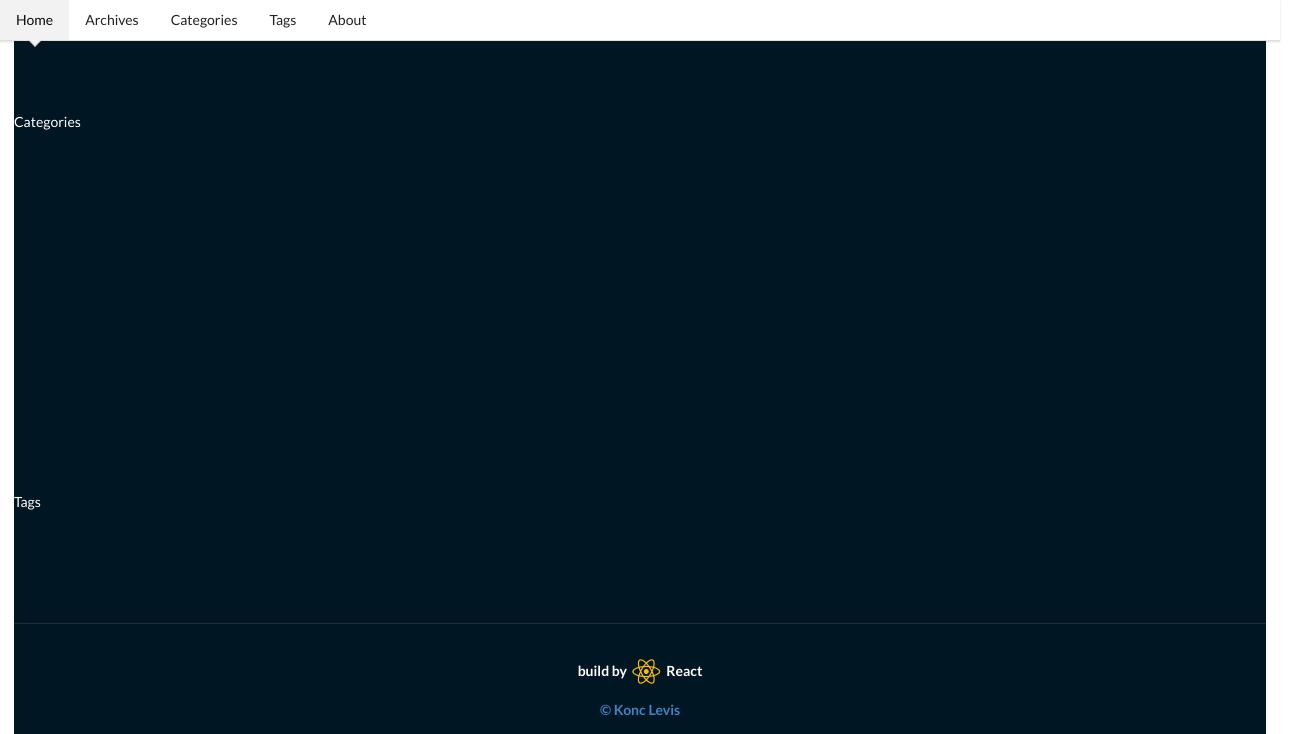
Repository: chu4j/my-spring-cloud-blog-frontend
Page: /
An editor plug-in stored every save of this project. The page is shown before and after the next save, followed by the edit.
The browser window is 1280 px wide. The page is 1280 px wide, then 1294 px, so the pictures cover 1294 px, including what lies to the right of the window. The pictures show the whole page.
The page's requests for data from a server got no answer. The project was rebuilt for these pictures with package versions that can differ from the ones it lists, and the page was loaded fresh each time. No one was signed in, and anything a server would have sent is missing. Also part of the build but not shown: src/components/Categories.jsx, src/components/FocusContent.jsx, src/css/App.css, src/components/owner/LoginForm.jsx, src/components/Tags.jsx, src/components/Timeline.jsx, src/components/TimelineHome.jsx.

Above is the page before, as saved 2021-02-24 13:10:28.

### src/index.js
import React from 'react';
import ReactDOM from 'react-dom';
import { BrowserRouter } from 'react-router-dom';
import 'semantic-ui-css/semantic.min.css';
import './css/index.css';
import BlogRouter from './router/Router';
import  'github-markdown-css';
ReactDOM.render(<
    BrowserRouter forceRefresh={true} >
    <BlogRouter />
</BrowserRouter>,
    document.getElementById('root')
);

### src/css/index.css
body {
  margin: 1em;
  -webkit-font-smoothing: antialiased;
  -moz-osx-font-smoothing: grayscale;
}

code {
  font-family: source-code-pro, Menlo, Monaco, Consolas, "Courier New",
    monospace;
}

.post-container {
  padding: 8px;
  border-radius: 2px;
}

.post-title {
  color: #011623;
}

.post-title:hover {
  color: #011623;
  text-decoration: underline;
}

/*animate*/

.posts-appear {
  opacity: 0;
}

.posts-enter {
  opacity: 1;
  transform: scale(0.95);
}

.posts-enter-active {
  opacity: 1;
  transform: translateX(0);
  transition: opacity 300ms, transform 200ms;
}

.posts-exit {
  opacity: 1;
  transform: scale(0.9);
}

.posts-exit-active {
  opacity: 0;
  transform: translateX(0);
  transition: opacity 300ms, transform 200ms;
}

.post-container pre code {
}
.common-label {
  display: inline-block;
  margin: 5px;
  padding: 2px;
  color: #011623;
  border-radius: 0;
}
.common-label:hover{
  color: #011623;
  text-decoration: underline;
}
.common-label-container {
  min-height: 280px;
}
.menu-container {
  margin-bottom: 5em;
}
.post-category {
  padding: 3px;
  background-color: #010101;
  color: white;
  display: inline-block;
  border-radius: 2px;
}
.post-category:hover {
  color: white;
  text-decoration: underline;
}
.post-tag {
  padding: 3px;
  color: #011623;
  border: 1px solid #011623;
  display: inline-block;
  border-radius: 4px;
}
.post-tag:hover {
  color: #010101;
  text-decoration: underline;
}
.my-container{
  background-color: #011623;
  color: white;
}

### src/router/Router.jsx
import { Route, Switch } from "react-router-dom";
import Categories from "../components/Categories";
import FocusPostComponent from "../components/FocusContent";
import Home from "../components/Home";
import LoginForm from "../components/owner/LoginForm";
import Tags from "../components/Tags";
import MyTimeline from "../components/Timeline";
import TimelineHome from "../components/TimelineHome";
export default function BlogRouter() {
  return (
    <Switch>
      <Route path="/" exact>
        <Home />
      </Route>
      <Route path="/owner/login" exact>
        <LoginForm />
      </Route>
      <Route path="/category/:name" exact>
        <Home />
      </Route>
      <Route path="/tag/:name" exact>
        <Home />
      </Route>
      <Route path="/posts/page/:pageNumber">
        <Home />
      </Route>
      <Route path="/category/:name/page/:pageNumber">
        <Home />
      </Route>
      <Route path="/tag/:name/page/:pageNumber">
        <Home />
      </Route>
      <Route path="/post/:postId" exact>
        <FocusPostComponent />
      </Route>
      <Route path="/categories" exact>
        <Categories />
      </Route>
      <Route path="/tags" exact>
        <Tags />
      </Route>
      <Route path="/posts/timeline" exact>
        <TimelineHome />
      </Route>
      <Route path="/posts/timeline/page/:pageNumber" exact>
        <TimelineHome />
      </Route>
    </Switch>
  );
}

### src/components/Home.jsx
import { React, useEffect, useState } from "react";
import { useParams, useRouteMatch } from "react-router-dom";
import "../css/App.css";
import { ServerHost } from "./AppConfig";
import BlogLayout from "./BlogLayout";
import CategoryComponent from "./CategoryComponent";
import ContentComponent from "./Content";
import TagComponent from "./TagComponent";
async function getArchive(path) {
  const axios = require("axios").default;
  if (null == path) {
    return axios.get(ServerHost + "/v1/api/archive").then((res) => res.data);
  } else {
    return axios.get(path).then((res) => res.data);
  }
}
function countPath(router, name, pageNumber) {
  let requestUrl = "";
  let pagePrefix = "";
  const path = router.path;
  switch (path) {
    case "/":
      requestUrl = ServerHost + "/v1/api/archive";
      pagePrefix = "/posts/page/";
      break;
    case "/category/:name":
      requestUrl = ServerHost + "/v1/api/category/" + name;
      pagePrefix = "/category/" + name + "/page/";
      break;
    case "/category/:name/page/:pageNumber":
      requestUrl =
        ServerHost + "/v1/api/category/" + name + "?page=" + pageNumber;
      pagePrefix = "/category/" + name + "/page/";
      break;
    case "/tag/:name":
      requestUrl = ServerHost + "/v1/api/tag/" + name;
      pagePrefix = "/tag/" + name + "/page/";
      break;
    case "/tag/:name/page/:pageNumber":
      requestUrl = ServerHost + "/v1/api/tag/" + name + "?page=" + pageNumber;
      pagePrefix = "/tag/" + name + "/page/";
      break;
    case "/posts/page/:pageNumber":
      requestUrl = ServerHost + "/v1/api/archive?page=" + pageNumber;
      pagePrefix = "/posts/page/";
      break;
    default:
      break;
  }
  return { requestUrl, pagePrefix };
}
export default function Home() {
  let { name, pageNumber } = useParams();
  const router = useRouteMatch();
  console.log("router:" + JSON.stringify(router) + " type:" + typeof router);
  const params = countPath(router, name, pageNumber);
  console.log("returnPath:" + params.requestUrl);
  let activePage = 1;
  if (null != pageNumber && undefined != pageNumber) activePage = pageNumber;
  const [response, setData] = useState({});
  useEffect(() => {
    getArchive(params.requestUrl).then((res) => {
      setData(res);
    });
  }, []);
  return (
    <BlogLayout
      CategoryComponent={<CategoryComponent />}
      TagComponent={<TagComponent />}
      ContentComponent={
        <ContentComponent
          response={response}
          activePage={activePage}
          pagePrefix={params.pagePrefix}
        />
      }
      style={{ margin: 0, padding: 0 }}
    />
  );
}

### src/components/BlogLayout.jsx
import { Grid } from "semantic-ui-react";
import "../css/index.css";
import Header from "./BlogHeader";
import DivRow from "./Common";
import Footer from "./Footer";
export default function BlogLayout(props) {
  return (
    <div className="my-container">
      <Grid stackable>
        <Grid.Row columns={1}>
          <Header />
        </Grid.Row>
        <Grid.Row>
          {props.CategoryComponent && props.TagComponent && (
            <Grid.Column width={3}>
              {props.CategoryComponent}
              <DivRow />
              <DivRow />
              <DivRow />
              {props.TagComponent}
            </Grid.Column>
          )}
          {props.CategoryComponent &&
          props.TagComponent &&
          props.ContentComponent ? (
            <Grid.Column width={12}>{props.ContentComponent}</Grid.Column>
          ) : (
            <Grid.Column width={16}>{props.ContentComponent}</Grid.Column>
          )}
        </Grid.Row>
        <Grid.Row columns={1}>
          <Grid.Column>
            <Footer />
          </Grid.Column>
        </Grid.Row>
      </Grid>
    </div>
  );
}

### src/components/CategoryComponent.jsx
import React, { Component } from "react";
import { ServerHost } from "./AppConfig";
import DivRow from "./Common";
class CategoryComponent extends Component {
  state = {
    data: [{}],
  };
  componentDidMount() {
    const axois = require("axios").default;
    axois
      .get(ServerHost + "/v1/api/category/statistics/count")
      .then((res) => {
        const data = res.data;
        this.setState({ data: data });
      })
      .catch((error) => {
        console.log(error);
      });
    console.log("category card render");
  }
  render() {
    return (
      <>
        <span>Categories</span>
        <DivRow />
        <div className="common-label-container">
          {this.state.data.map((e, index) => (
            <a key={index} href={"/category/" + e.value} className="common-label">
              {e.value}
              &nbsp;
              {e.count}
            </a>
          ))}
        </div>
      </>
    );
  }
}
export default CategoryComponent;

### src/components/AppConfig.jsx
export const ServerHost = "http://localhost:9000";

### src/components/Content.jsx
import { React, useEffect, useState } from "react";
import { useHistory, withRouter } from "react-router-dom";
import { CSSTransition } from "react-transition-group";
import { Container, Grid, Header, Icon, Pagination } from "semantic-ui-react";
import DivRow from "./Common";

function ContentComponent(props) {
  const hljs = require("highlight.js");
  const [showComponent, setShowComponent] = useState(false);
  console.log("state : " + showComponent);
  useEffect(() => {
    let time = setTimeout(() => setShowComponent(true), 100);
    hljs.highlightAll();
    return () => {
      clearTimeout(time);
    };
  }, []);
  const history = useHistory();
  const handlePaginationClick = (e, { activePage }) => {
    const url = props.pagePrefix + activePage;
    history.push(url);
  };
  return (
    <>
      <CSSTransition
        in={showComponent}
        classNames="posts"
        timeout={200}
        unmountOnExit
      >
        <Container style={{backgroundColor:'white'}}>
          {props.response.list &&
            props.response.list.map((a, index) => (
              <div
                style={index > 0 ? { marginTop: "20px" } : {}}
                className="post-container"
              >
                <Header as="h1" textAlign="center">
                  <a href={"/post/" + a.serialNumber} className="post-title">
                    {a.title}
                  </a>
                </Header>
                {
                  <div
                    style={{ maxWidth: "960px" }}
                    className="markdown-body"
                    dangerouslySetInnerHTML={{ __html: a.content }}
                  ></div>
                }

                <DivRow />
                {a.category && a.tag && (
                  <>
                    <Container fluid>
                      <Grid>
                        <Grid.Row>
                          <Grid.Column width={5}>
                            {a.category.map((c, index) => (
                              <>
                                {" "}
                                <div key={index}>
                                  <span>
                                    <Icon name="linkify" color="black" />
                                    <a
                                      href={"/category/" + c.category}
                                      className="post-category"
                                    >
                                      {c.category}
                                    </a>
                                  </span>
                                </div>
                              </>
                            ))}
                          </Grid.Column>

                          <Grid.Column width={11}>
                            <Icon name="hashtag" color="teal" />
                            {a.tag.map((t, index) => (
                              <>
                                {" "}
                                <span key={index}>
                                  <a
                                    href={"/tag/" + t.tag}
                                    className="post-tag"
                                  >
                                    {t.tag}
                                  </a>
                                </span>
                              </>
                            ))}
                          </Grid.Column>
                        </Grid.Row>
                      </Grid>
                    </Container>
                  </>
                )}
                <DivRow />
                <DivRow />
              </div>
            ))}
          {props.response.totalPage > 1 && props.activePage && (
            <Container fluid textAlign="center" style={{ marginTop: "2em" }}>
              <Pagination
                totalPages={props.response.totalPage}
                firstItem={null}
                lastItem={null}
                pointing
                secondary
                activePage={props.activePage}
                onPageChange={handlePaginationClick}
              />
            </Container>
          )}
          {props.focus && props.response.list && (
            <div style={{ marginTop: "1em" }}>
              <Grid stackable>
                <Grid.Row>
                  <Grid.Column width={8}>
                    {props.response.list.map((e, index) => (
                      <>
                        {e.previous && (
                          <a
                            key={index}
                            href={"/post/" + e.previous.serialNumber}
                            style={{ fontWeight: "900" }}
                          >
                            <Icon name="angle left" size="big"></Icon>
                            &nbsp;&nbsp;{e.previous.title}
                          </a>
                        )}
                      </>
                    ))}
                  </Grid.Column>
                  <Grid.Column width={8} textAlign="right">
                    {props.response.list.map((e, index) => (
                      <>
                        {e.next && (
                          <a
                            key={index}
                            href={"/post/" + e.next.serialNumber}
                            style={{ fontWeight: "900" }}
                          >
                            {e.next.title}&nbsp;&nbsp;
                            <Icon name="angle right" size="big"></Icon>
                          </a>
                        )}
                      </>
                    ))}
                  </Grid.Column>
                </Grid.Row>
              </Grid>
            </div>
          )}
        </Container>
      </CSSTransition>
    </>
  );
}
export default withRouter(ContentComponent);

### src/components/TagComponent.jsx
import React, { Component } from "react";
import { ServerHost } from "./AppConfig";
import DivRow from "./Common";
class TagComponent extends Component {
  state = {
    data: [{}],
  };
  componentDidMount() {
    const axois = require("axios").default;
    axois
      .get(ServerHost + "/v1/api/tag/statistics/count")
      .then((res) => {
        const data = res.data;
        this.setState({ data: data });
      })
      .catch((error) => {
        console.error(error);
      });
  }
  render() {
    return (
      <>
        <span>Tags</span>
        <DivRow />
        <div>
          {this.state.data.map((e, index) => (
            <a key={index} href={"/tag/" + e.value} className="common-label">
              {e.value}
              &nbsp;
              {e.count}
            </a>
          ))}
        </div>
      </>
    );
  }
}
export default TagComponent;

### src/components/Common.jsx
export default function DivRow() {
  return <div>&nbsp;</div>;
}

### src/components/BlogHeader.jsx
import React, { Component } from "react";
import { Container, Menu } from "semantic-ui-react";
const menuStyle = {
  border: "none",
  borderRadius: 0,
  boxShadow: "none",
  marginBottom: "1em",
  marginTop: "4em",
  transition: "box-shadow 0.5s ease, padding 0.5s ease",
};

class BlogHeader extends Component {
  state = {
    activeItem: "home",
  };

  handleItemClick = (e, { name }) => this.setState({ activeItem: name });
  render() {
    const { activeItem } = this.state;
    return (
      <Container fluid className="menu-container">
        <Menu fixed="top" pointing  borderless>
          <Menu.Item
            as="a"
            name="home"
            active={activeItem === "home"}
            onClick={this.handleItemClick}
            link
            href="/"
          ></Menu.Item>
          <Menu.Item
            as="a"
            name="archives"
            active={activeItem === "archives"}
            onClick={this.handleItemClick}
            link
            href="/posts/timeline"
          />
          <Menu.Item
            as="a"
            name="categories"
            active={activeItem === "categories"}
            onClick={this.handleItemClick}
            link
            href="/categories"
          />
          <Menu.Item
            name="tags"
            active={activeItem === "tags"}
            onClick={this.handleItemClick}
            as="a"
            href="/tags"
          />
          <Menu.Item
            name="about"
            active={activeItem === "about"}
            onClick={this.handleItemClick}
          />
        </Menu>
      </Container>
    );
  }
}

export default BlogHeader;

### src/components/Footer.jsx
import { Component, React } from "react";
import { Divider, Icon } from "semantic-ui-react";
import DivRow from "./Common";

class Footer extends Component {
  render() {
    return (
      <div style={{ marginTop: "2em", textAlign: "center" }}>
        <Divider />
        <DivRow />
        <p style={{ fontWeight: "900" }}>
          build by <Icon name="react" color="yellow" size="big" />
          <b>React</b>
        </p>

        <a href="https://www.github.com/konchoo">
          <b>&copy;&nbsp;Konc Levis</b>
        </a>
      </div>
    );
  }
}
export default Footer;

Loaded but not shown: public/index.html (common file)

After the next save:
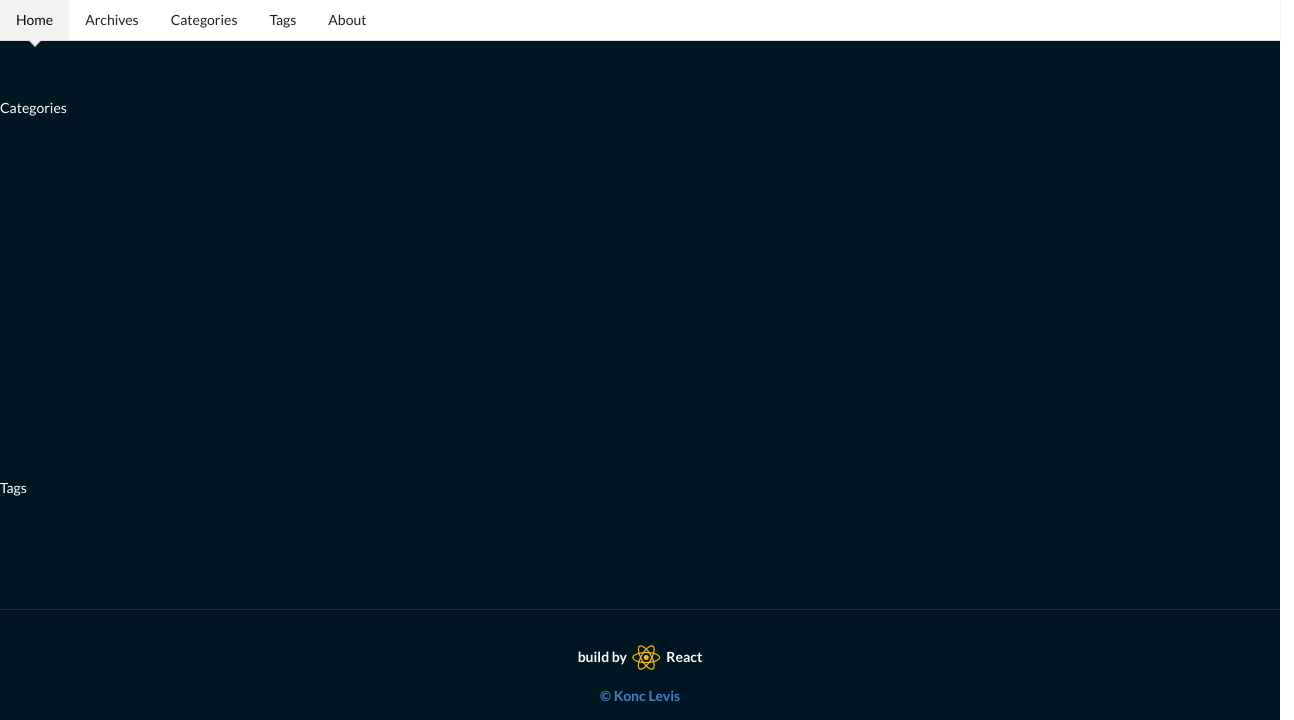
Saved 2 min 19 s later.
--- a/src/css/index.css
+++ b/src/css/index.css
@@ -1,5 +1,4 @@
 body {
-  margin: 1em;
   -webkit-font-smoothing: antialiased;
   -moz-osx-font-smoothing: grayscale;
 }
